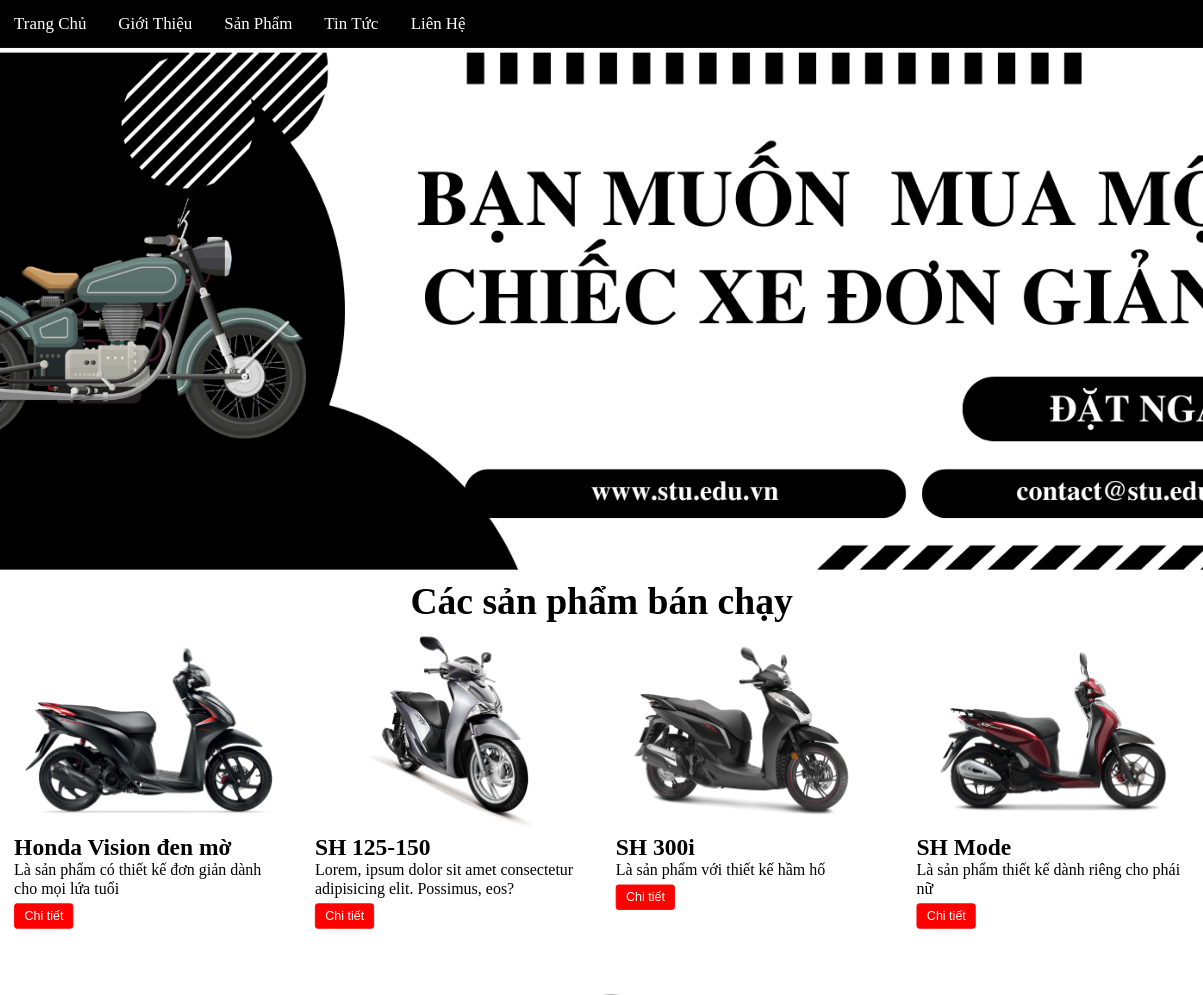
Repository: TienVo17/xemay
Page: index.html
An editor plug-in stored every save of this project. The page is shown before and after the next save, followed by the edit.
The browser window is 1280 px wide. The pictures show the part of the page from y = 0 to 1058 px (the page is 1799 px tall), at 94% of full size.
Pictures or frames that could not be fetched are drawn as grey boxes.

Above is the page before, as saved 2022-11-20 13:02:54.

### index.html
<!DOCTYPE html>
<html lang="en">
<head>
    <meta charset="UTF-8">
    <meta http-equiv="X-UA-Compatible" content="IE=edge">
    <meta name="viewport" content="width=device-width, initial-scale=1.0">
    <title>Cửa Hàng Xe Máy</title>
     <!-- font-awesome  -->
    <link rel="stylesheet" href="https://cdnjs.cloudflare.com/ajax/libs/font-awesome/6.2.1/css/all.min.css">
    <!-- main css  -->
    <link rel="stylesheet" href="./css/index.css">
</head>
<body>
    <!-- header  -->
    <div class="header">
        <!-- <img src="./img/2.png" alt="logo"> -->
        <ul>
            <li><a href="#">Trang Chủ</a></li>
            <li><a href="#">Giới Thiệu</a></li>
            <li><a href="#">Sản Phẩm</a></li>
            <li><a href="#">Tin Tức </a></li>
            <li><a href="#">Liên Hệ</a></li>
        </ul>
    </div>
    <!-- carousel  -->
    <div class="carousel">

    </div>
    <!-- intro  -->
    <div class="intro">

    </div>
    <!-- products  -->
    <div class="products">
        <h2>Các sản phẩm bán chạy</h2>
        <!-- bem  -->
        <div class="products__content">
            <div class="products__item">
                <img src="./img/Vision_Den_Mo.png" alt="sp001">
                <h3>Honda Vision đen mờ</h3>
                <p>Là sản phẩm có thiết kế đơn giản dành cho mọi lứa tuổi </p>
                <button>Chi tiết</button>
            </div>
            <div class="products__item">
                <img src="./img/SH_125_150_Bac.png" alt="sp002">
                <h3>SH 125-150</h3>
                <p>Lorem, ipsum dolor sit amet consectetur adipisicing elit. Possimus, eos?</p>
                <button>Chi tiết</button>
            </div>
            <div class="products__item">
                <img src="./img/SH_300_Xam_Den.png" alt="sp003">
                <h3>SH 300i</h3>
                <p>Là sản phẩm với thiết kế hầm hố </p>
                <button>Chi tiết</button>
            </div>
            <div class="products__item">
                <img src="./img/SHModepng.png" alt="sp004">
                <h3>SH Mode</h3>
                <p>Là sản phẩm thiết kế dành riêng cho phái nữ </p>
                <button>Chi tiết</button>
            </div>
        </div>
        <div class="clear"></div>
    </div>
    <!-- banner  -->
    <div class="banner">
        <div class="banner__circle">
            <p>Giảm Giá</p>
            <p>10%</p>
            <p>Các sản phẩm Honda</p>
            <p>Tháng 12</p>
        </div>
    </div>
    <!-- service  -->
    <div class="service">
        <div class="service__content">
            <div class="service__item">
                <i class="fa fa-home"></i>
                <h2>Dịch Vụ Bảo Hành</h2>
                <p>Lorem ipsum dolor sit amet consectetur, adipisicing elit. Magnam, excepturi.</p>
            </div>
            <div class="service__item">
                <i class="fa fa-directions"></i>
                <h2>Đường Đến Cửa Hàng</h2>
                <p>Lorem ipsum dolor sit amet consectetur, adipisicing elit. Magnam, excepturi.</p>
            </div>
            <div class="service__item">
                <i class="fa fa-phone-volume"></i>
                <h2>Thông tin liên hệ</h2>
                <p>Lorem ipsum dolor sit amet consectetur, adipisicing elit. Magnam, excepturi.</p>
            </div>
        </div>
        <div class="clear"></div>
    </div>
    <!-- footer  -->
    <div class="footer">
        <h2>Cửa Hàng Xe Máy TT</h2>
        <p>180 Đ. Cao Lỗ, Phường 4, Quận 8, Thành phố Hồ Chí Minh</p>
        <p>Điện thoại : 028 3850 5520 </p>
    </div>
</body>
</html>

### css/index.css
/* global  */
*{
    box-sizing: border-box;
    margin: 0;
    padding: 0;
}
html,body{
    font-family: 'Times New Roman', Times, serif;
}
.clear{
    clear: both;
}

/* header  */
/* .header img{
    width: 250px;
} */
.header ul{
    list-style: none;
    background-color: black;
    padding: 15px 0;
    margin: 0 0 5px;
}
.header a{
    color: white;
    text-decoration: none;
    font-size: 18px;
}
.header li{
    display: inline ;
    margin: 15px;
}
/* carousel  */
.carousel{
    background-image: url("../img/1.png");
    background-repeat: no-repeat;
    background-size: cover;
    background-position: center;
    height: 550px;
}
/* products  */
.products
{
    margin-bottom: 70px;
}
.products h2{
    text-align: center;
    font-size: 40px;
    padding: 10px 0 10px;
}
.products__item{
    float:left;
    width: 25%;
    padding: 0 15px;
}
.products__item img{
    width: 100%;
}
.products__item h3{
    font-size: 25px;
}
.products__item p{
    font-size: 17px;
}
.products__item button
{
    background-color: red;

    border: 1px solid red;
    border-radius: 3px;
    color: white;
    padding: 5px 10px;
    margin: 5px 0 0;
}
/* banner  */
.banner{
    background-image: url("../img/gsx150-ket-cau.png");
    height: 450px;
    background-size: cover;
    background-position: center;
}
.banner__circle{

}
/* service  */
.service{
    margin: 20px 0 20px;
}
.service__content{
    width: 50%;
    margin: auto;
    text-align: center;
}
.service__item
{
    float: left;
    width: 33.33%;
}
.service__item i {
    font-size: 40px;
}
.service__item h2 {
    margin: 10px 0;
}
.footer{
    background-color: black;
    text-align: center;
    color: white;
    padding: 10px 0 10px;
}
.banner__circle{
    width: 300px;
    height: 300px;
    /* rgba  */
    background-color: rgba(0, 0, 0, 0.705);
    color: white;
    border-radius: 50%;
    text-align: center;
    /* opacity: 0.8; */
    position: absolute;
    /* top, left, right,bottom  */
    left: 500px;
}
.banner__circle p{
    font-size: 20px;
    margin: 0 0 20px;
}
.banner__circle p:first-child{
    font-size: 30px;
    margin: 50px 0 0;
}
.banner__circle p:nth-child(2){
    font-size: 80px;
}

After the next save:
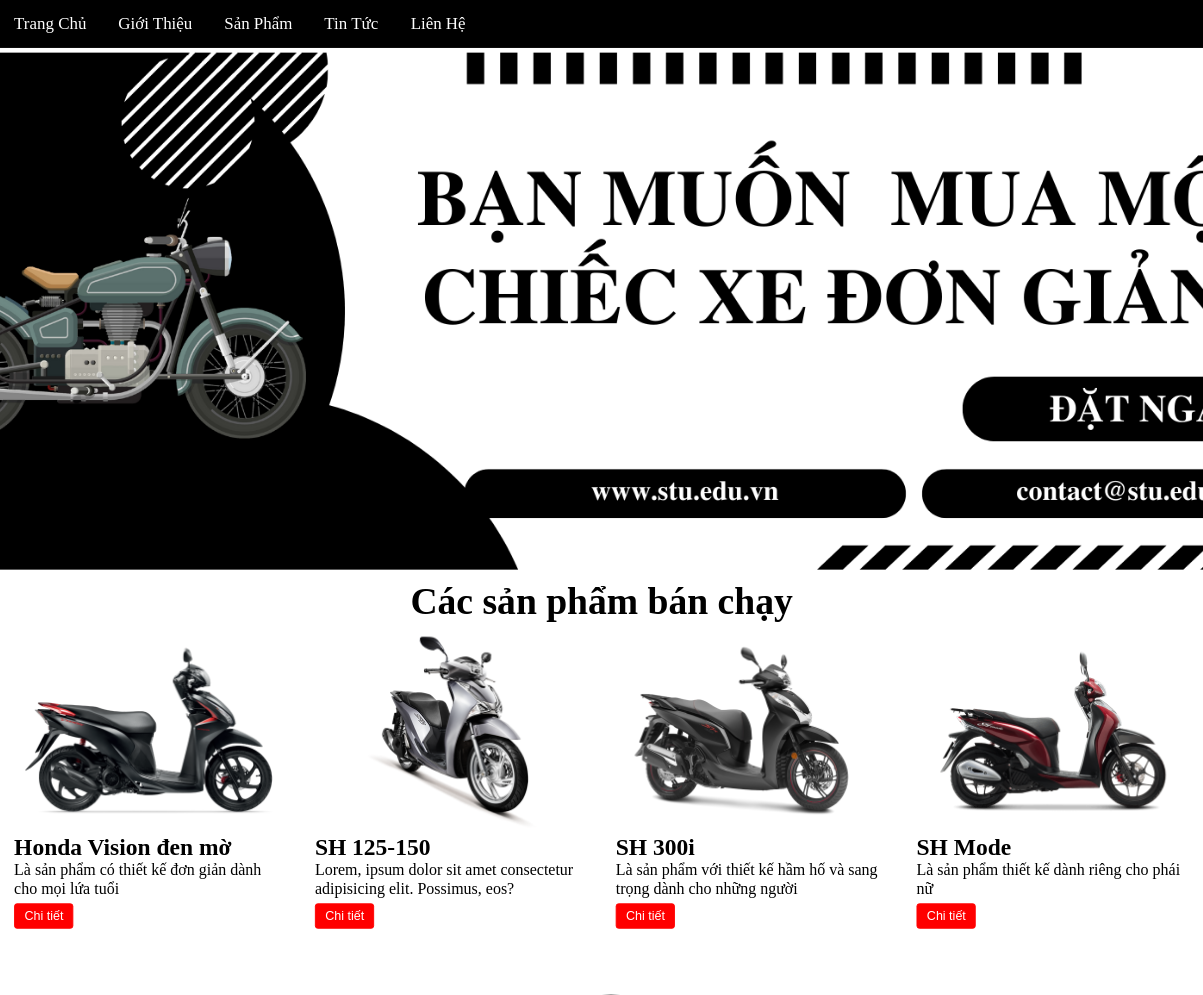
Saved 8 s later.
--- a/index.html
+++ b/index.html
@@ -50,7 +50,7 @@
             <div class="products__item">
                 <img src="./img/SH_300_Xam_Den.png" alt="sp003">
                 <h3>SH 300i</h3>
-                <p>Là sản phẩm với thiết kế hầm hố </p>
+                <p>Là sản phẩm với thiết kế hầm hố và sang trọng dành cho những người </p>
                 <button>Chi tiết</button>
             </div>
             <div class="products__item">
